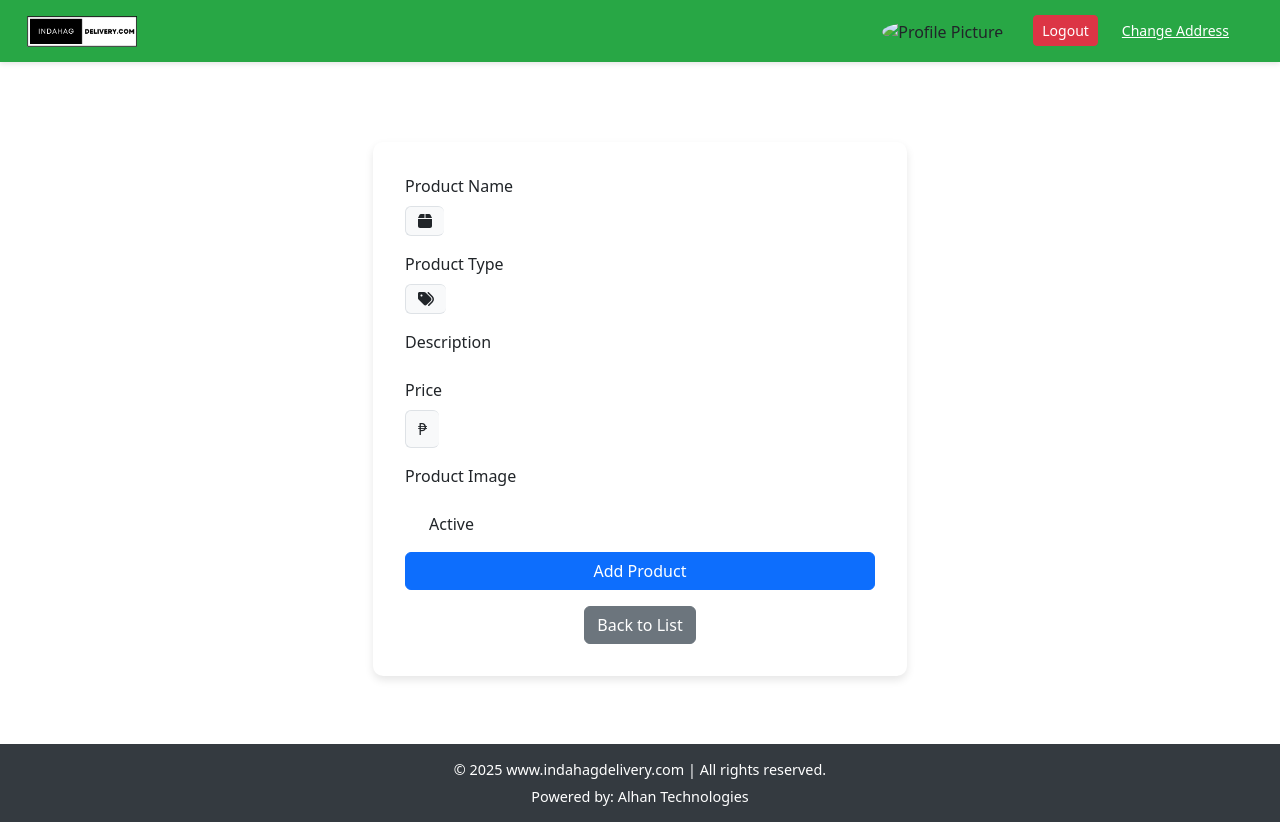
Repository: Jijiluzana225/indahagdelivery.com
Page: store/templates/store/product_form.html
These files come from the project's save history. The page is drawn as it stood at one moment and after the next save; the edit follows.
The browser window is 1280 px wide. The pictures show the whole page.
The template is drawn by Django 5.2. The application's start-up code is not run. Other server files are loaded and not shown. The template is opened directly, without the code that normally fills it, so the values that code supplies are empty.

Above is the page before, as saved 2025-01-22 14:19:49.

### store/templates/store/product_form.html
{% extends 'store/base.html' %}

{% block content %}

    <style>
        /* Card styling */
        .form-container {
            background-color: #ffffff;
            border-radius: 10px;
            box-shadow: 0 4px 8px rgba(0, 0, 0, 0.1);
            padding: 2rem;
        }

        /* Button hover effect */
        .btn-primary:hover {
            background-color: #0056b3;
            border-color: #004da0;
        }

        /* Input field styling */
        .form-control:focus {
            box-shadow: 0 0 5px rgba(0, 123, 255, 0.5);
            border-color: #80bdff;
        }

        /* Icon inside input */
        .input-group-text {
            background-color: #f8f9fa;
            border-right: none;
        }

        .form-control {
            border-left: none;
        }
    </style>

<body>
    <div class="container py-5">
        <h1 class="text-center mb-4">{{ title }}</h1>
        <div class="row justify-content-center">
            <div class="col-12 col-sm-10 col-md-8 col-lg-6">
                <div class="form-container">
                    <form method="POST" enctype="multipart/form-data">
                        {% csrf_token %}

                        <!-- Name Field -->
                        <div class="mb-3">
                            <label for="id_name" class="form-label">Product Name</label>
                            <div class="input-group">
                                <span class="input-group-text"><i class="fas fa-box"></i></span>
                                {{ form.name }}
                            </div>
                        </div>

                        <!-- Type Field -->
                        <div class="mb-3">
                            <label for="id_type" class="form-label">Product Type</label>
                            <div class="input-group">
                                <span class="input-group-text"><i class="fas fa-tags"></i></span>
                                {{ form.type }}
                            </div>
                        </div>

                        <!-- Description Field -->
                        <div class="mb-3">
                            <label for="id_description" class="form-label">Description</label>
                            {{ form.description }}
                        </div>

                        <!-- Price Field -->
                        <div class="mb-3">
                            <label for="id_price" class="form-label">Price</label>
                            <div class="input-group">
                                <span class="input-group-text">₱</span>
                                {{ form.price }}
                            </div>
                        </div>

                        <!-- Picture Field -->
                        <div class="mb-3">
                            <label for="id_picture" class="form-label">Product Image</label>
                            {{ form.picture }}
                        </div>

                        <!-- Active Field -->
                        <div class="mb-3 form-check">
                            {{ form.active }}
                            <label for="id_active" class="form-check-label">Active</label>
                        </div>

                        <!-- Submit Button -->
                        <button type="submit" class="btn btn-primary w-100">
                            {% if product %} Update Product {% else %} Add Product {% endif %}
                        </button>
                    </form>
                    <div class="text-center mt-3">
                        <a href="{% url 'product_list' %}" class="btn btn-secondary">Back to List</a>
                    </div>
                </div>
            </div>
        </div>
    </div>
    <script src="https://cdn.jsdelivr.net/npm/bootstrap@5.3.0-alpha3/dist/js/bootstrap.bundle.min.js"></script>
    <script src="https://cdnjs.cloudflare.com/ajax/libs/font-awesome/6.0.0-beta3/js/all.min.js"></script>
</body>
{% endblock %}

### store/templates/store/base.html
{% load static %}
<!DOCTYPE html>
<html lang="en">
<head>
    <meta charset="UTF-8">
    <meta name="viewport" content="width=device-width, initial-scale=1.0">
    <title>indahagdelivery.com</title>
    <link href="https://cdn.jsdelivr.net/npm/bootstrap@5.3.0-alpha3/dist/css/bootstrap.min.css" rel="stylesheet">
    <style>
        /* Navbar Styling */
        .navbar {
            position: fixed;
            top: 0;
            left: 0;
            right: 0;
            width: 100%;
            background-color: #28a745; /* E-commerce theme */
            padding: 10px 15px;
            z-index: 1000;
            box-shadow: 0 2px 5px rgba(0, 0, 0, 0.1);
        }

        .navbar .navbar-brand img {
            max-width: 110px;
        }

        .navbar-nav {
            display: flex;
            align-items: center;
        }

        .navbar-nav .nav-item {
            margin-right: 15px;
        }

        .open-close-btn {
            padding: 6px 14px;
            font-size: 0.9rem;
            background-color: #007bff;
            color: #fff;
            border: none;
            border-radius: 20px;
            transition: background-color 0.3s ease;
        }

        .open-close-btn:hover {
            background-color: #0056b3;
        }

        .profile-picture {
            width: 35px;
            height: 35px;
            border-radius: 50%;
            object-fit: cover;
        }

        /* Responsive Navbar Adjustments */
        @media (max-width: 768px) {
            .navbar-brand img {
                max-width: 80px;
            }

            .navbar-nav .nav-item {
                margin-right:10px;
            }

            .open-close-btn {
                margin-top: 10px;
            }
        }

        /* Footer Styling */
        footer {
            background-color: #343a40;
            color: #fff;
            padding: 15px;
            text-align: center;
            margin-top: 20px;
        }

        footer .footer-text p {
            margin: 0;
            font-size: 0.9rem;
        }

        footer .footer-text p:not(:last-child) {
            margin-bottom: 5px;
        }
    </style>
</head>
<body style="margin-top: 70px;">
    <!-- Navbar -->
    <nav class="navbar navbar-expand-lg navbar-dark">
        <div class="container-fluid">
            <a href="{% url 'store_list' %}" class="navbar-brand">
                <img src="{% static 'admin/img/Indahag.png' %}" alt="Logo">
            </a>

            <!-- Open/Close Button -->
            {% if request.user.is_authenticated and 'Store' in request.user.groups.all|join:" " %}
                <a href="{% url 'update_store_open' %}" class="open-close-btn">Open/Close</a>
            {% endif %}

            <button class="navbar-toggler" type="button" data-bs-toggle="collapse" data-bs-target="#navbarNav" aria-controls="navbarNav" aria-expanded="false" aria-label="Toggle navigation">
                <span class="navbar-toggler-icon"></span>
            </button>
            <div class="collapse navbar-collapse" id="navbarNav">
                <ul class="navbar-nav ms-auto">
                    <li class="nav-item">
                        <img src="{{ user.customer.profile_picture.url }}" alt="Profile Picture" class="profile-picture">
                    </li>
                    <li class="nav-item">
                        <h5 class="mb-0 text-white">{{ user.customer.name }}</h5>
                    </li>
                    <li class="nav-item">
                        <form action="{% url 'logout' %}" method="POST" class="d-inline">
                            {% csrf_token %}
                            <button type="submit" class="btn btn-danger btn-sm">Logout</button>
                        </form>
                    </li>
                    <li class="nav-item">
                        <a href="{% url 'update_profile' %}" class="btn btn-link btn-sm text-white">Change Address</a>
                    </li>
                </ul>
            </div>
        </div>
    </nav>

    <!-- Content Block -->
    <div class="container mt-4">
        {% block content %}
        {% endblock %}
    </div>

    <!-- Footer -->
    <footer>
        <div class="footer-text">
            <p>&copy; 2025 www.indahagdelivery.com | All rights reserved.</p>
            <p>Powered by: Alhan Technologies</p>
        </div>
    </footer>

    <!-- Scripts -->
    <script src="https://cdn.jsdelivr.net/npm/bootstrap@5.3.0-alpha3/dist/js/bootstrap.bundle.min.js"></script>
</body>
</html>

After the next save:
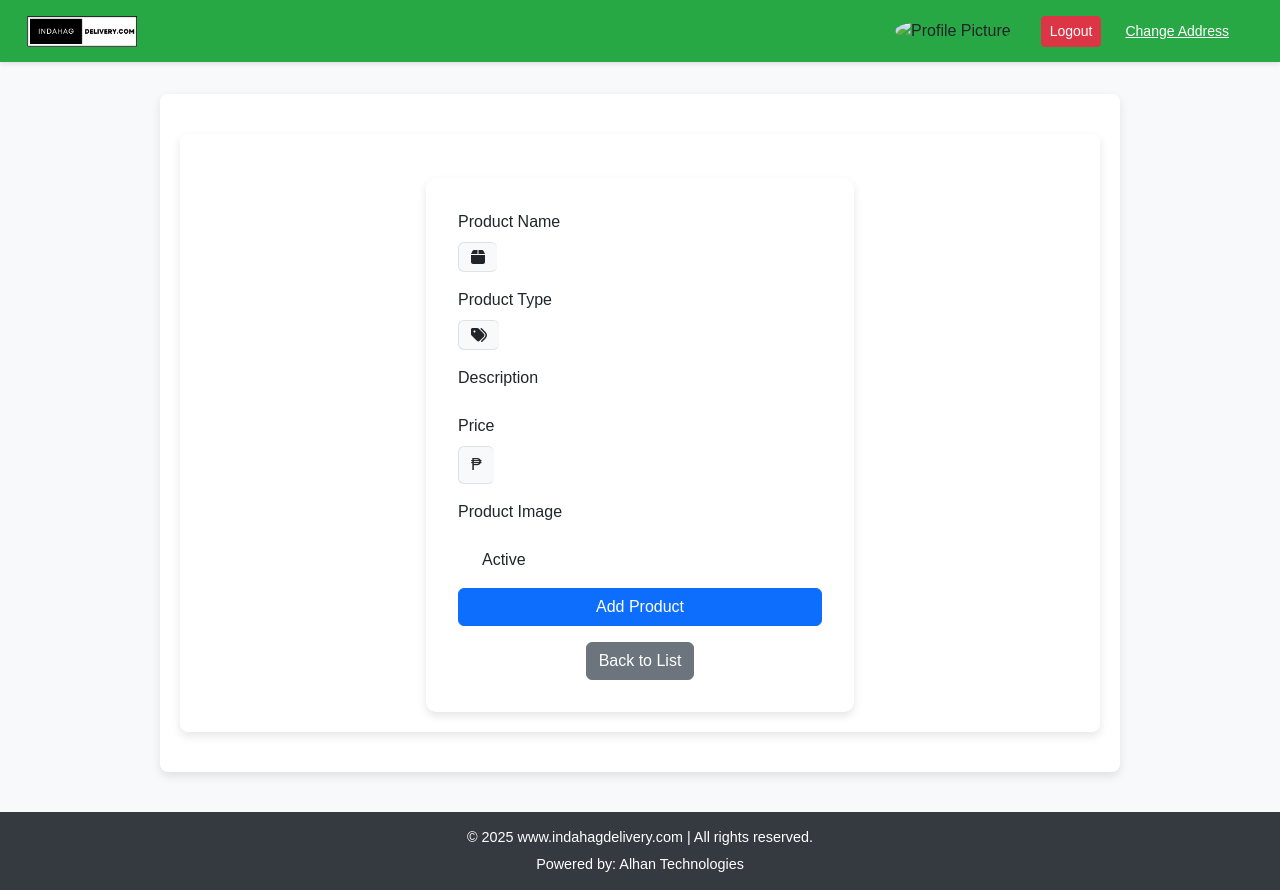
Saved 59 s later.
--- a/store/templates/store/product_form.html
+++ b/store/templates/store/product_form.html
@@ -3,6 +3,28 @@
 {% block content %}
 
     <style>
+
+        body {
+            font-family: Arial, sans-serif;
+            margin: 0;
+            padding: 0;
+            background-color: #f8f9fa;
+            display: flex;
+            flex-direction: column;
+            min-height: 100vh;
+        }
+
+        /* Container Styles */
+        .container {
+            max-width: 960px;
+            margin: 20px auto;
+            padding: 20px;
+            background: #ffffff;
+            border-radius: 8px;
+            box-shadow: 0 4px 10px rgba(0, 0, 0, 0.1);
+            flex-grow: 1;
+        }
+
         /* Card styling */
         .form-container {
             background-color: #ffffff;
@@ -35,7 +57,7 @@
     </style>
 
 <body>
-    <div class="container py-5">
+    <div class="container">
         <h1 class="text-center mb-4">{{ title }}</h1>
         <div class="row justify-content-center">
             <div class="col-12 col-sm-10 col-md-8 col-lg-6">
